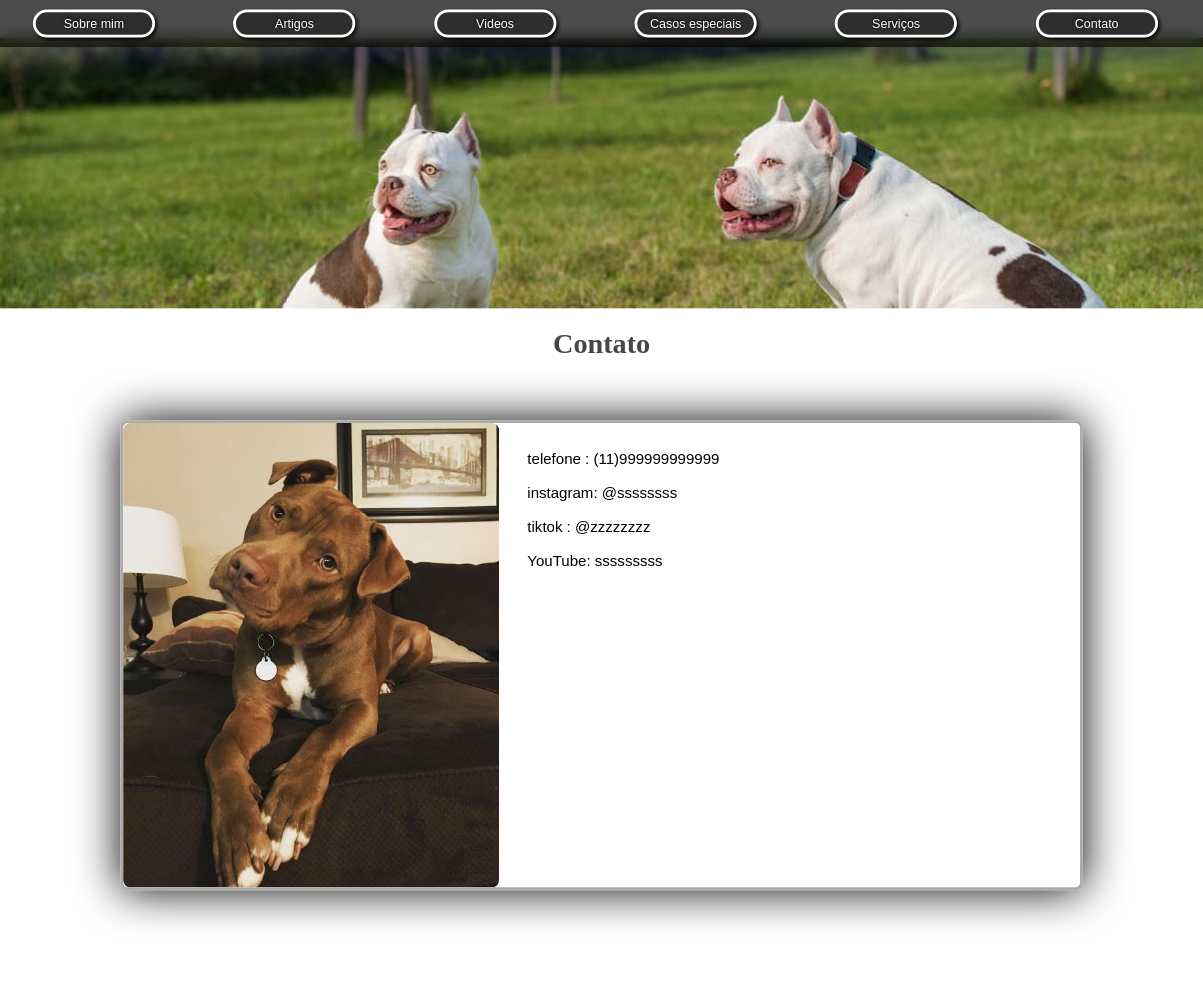
Repository: KevynMarques/Blog-React-StyledComponent
Page: /, after clicking the first element matching `button.sc-iGgWBj`
The author's editor kept a copy of each file at every save. The page is drawn from the files as they stood at one save, then again after a run of saves.
The browser window is 1280 px wide. The pictures show the whole page, at 94% of full size.
The project was rebuilt for these pictures with package versions that can differ from the ones it lists, and the page was loaded fresh each time. Also part of the build but not shown: src/Components/Artigos/index.jsx, src/Components/Clientes/index.jsx, src/Components/Serviços/index.jsx, src/Components/View/index.jsx.

Above is the page before, as saved 2022-02-21 19:27:57.

### public/index.html
<!DOCTYPE html>
<html lang="pt-BR">
  <head>
    <meta charset="utf-8" />
    <link rel="icon" href="%PUBLIC_URL%/favicon.ico" />
    <meta name="viewport" content="width=device-width, initial-scale=1" />
    <meta name="theme-color" content="#000000" />
    <meta
      name="description"
      content="Web site created using create-react-app"
    />
    <link rel="apple-touch-icon" href="%PUBLIC_URL%/logo192.png" />
    <!--
      manifest.json provides metadata used when your web app is installed on a
      user's mobile device or desktop. See https://developers.google.com/web/fundamentals/web-app-manifest/
    -->
    <!--
      Notice the use of %PUBLIC_URL% in the tags above.
      It will be replaced with the URL of the `public` folder during the build.
      Only files inside the `public` folder can be referenced from the HTML.

      Unlike "/favicon.ico" or "favicon.ico", "%PUBLIC_URL%/favicon.ico" will
      work correctly both with client-side routing and a non-root public URL.
      Learn how to configure a non-root public URL by running `npm run build`.
    -->
    <title>Adestramento DK</title>
  </head>
  <body>
    <noscript>You need to enable JavaScript to run this app.</noscript>
    <div id="root"></div>
    <!--
      This HTML file is a template.
      If you open it directly in the browser, you will see an empty page.

      You can add webfonts, meta tags, or analytics to this file.
      The build step will place the bundled scripts into the <body> tag.

      To begin the development, run `npm start` or `yarn start`.
      To create a production bundle, use `npm run build` or `yarn build`.
    -->
  </body>
</html>

### src/App.jsx
import Home from './Pages/Home';
import Sobre from './Components/Sobre/index';
import { useState, useEffect } from 'react';
import { GlobalStyle } from './GlobalStyle';
import Geral from './Components/Geral/index';


function App() {

  const [geral, setGeral]=useState(<Sobre />);

  return (
    <>
    <Home setGeral={setGeral} geral={geral}  />
    <Geral geral={geral} />
    <GlobalStyle/>
   </>
  );
}

export default App;

### src/Pages/Home/index.jsx
import React, {useState} from "react"
import {  Home, Videos, Comportamental, Serviços, Diversos, Contato } from "../../Components/Buttons/Style"
import Sobre from '../../Components/Sobre/index'
import Comport  from '../../Components/Artigos/index'
import Clientes from '../../Components/Clientes/index'
import Serv from "../../Components/Serviços"
import Cont from '../../Components/Contato/index'
import View from "../../Components/View"
import { ContainerHeader } from "../../Components/Containers/style"




export default (props) => {

  const [ativo, setAtivo] = useState(false)
  const [ativoVideos, setAtivoVideos] = useState(true)
  const [ativoComp, setComp] = useState(true)
  const [Casos, setCasos] = useState(true)
  const [serviços, setServiços] = useState(true)
  const [contato, setContato] = useState(true)


  return (
   <>
    <ContainerHeader>

       <Home
         setAtivo={setAtivo}
         ativo={ativo}
         onClick={()=>(props.setGeral(<Sobre />),
         setAtivo(false),
         setAtivoVideos(true),
         setComp(true),
         setCasos(true),
         setServiços(true)
         )}>
         <p>Sobre mim</p>
      </Home>


       <Comportamental
          onClick={() =>(props.setGeral(<Comport />),
          setAtivo(true),
          setAtivoVideos(true),
          setComp(false),
          setCasos(true),
          setServiços(true))}

          setComp={setComp}
          ativoComp={ativoComp}>

         <p>Artigos</p>
       </Comportamental>

       <Videos
        ativoEquip={ativoVideos}
        setAtivoVideos={setAtivoVideos}
        onClick={()=>(props.setGeral(<View />),
        setAtivo(true),
        setAtivoVideos(false),
        setComp(true),
        setCasos(true),
        setServiços(true)
        )}>
        <p>Videos</p>
       </Videos>

       <Diversos
          onClick={() =>(props.setGeral(<Clientes />),
          setAtivo(true),
          setAtivoVideos(true),
          setComp(true),
          setCasos(false),
          setServiços(true))}
          setCasos={setCasos}
          Casos={Casos}>
         <p>Casos especiais</p>
       </Diversos>


       <Serviços onClick={() =>(props.setGeral(<Serv />),
        setAtivo(true),
        setAtivoVideos(true),
        setComp(true),
        setCasos(true),
        setServiços(false))}
        setServiços={setServiços}
        serviços={serviços}>
         <p>Serviços</p>
       </Serviços>

       <Contato onClick={() =>(props.setGeral(<Cont />),
        setAtivo(true),
        setAtivoVideos(true),
        setComp(true),
        setCasos(true),
        setServiços(true),
        setContato(false)
       )}
          setContato={setContato}
          contato={contato}>
         <p>Contato</p>
      </Contato>

    </ContainerHeader>
    </>
  );
}

### src/Components/Sobre/index.jsx
import Foto from '../Image/foto.png'
import LV from '../Image/LV.jpg';
import Dog from '../Image/Dog.png'
import { Tittle } from "../Textos&Titles/style";
import { ContainerBaner, ContainerBox, ContainerIMG } from "../Containers/style";
import { Info } from "../Textos&Titles/style";
import { SubTitle } from '../Textos&Titles/style';
import { TitleInfo } from '../Textos&Titles/style';


export default () => {
  return (
<>
     <ContainerBaner>
      <img src={Dog} />
     </ContainerBaner>

   <Tittle>
          Adestramento DK
  </Tittle>


  <ContainerBox>
       <ContainerIMG>
        <img src={Foto} />
       </ContainerIMG>
       <Info>
       <TitleInfo>Quem sou eu</TitleInfo>
       meu nome é Kevyn Marques sempre fui um apaixonado por cães, no ano de 2017 tive o prazer
       de fazer parte do 2BPE  onde pude ter  meu primeiro contato com cães de trabalho tanto de faro como de guarda, encantando com aqueles animais comecei a pesquisar e estudar sobre comportamento canino  e desde la eu nunca mais parei, ao longo da minha jornada como adestrador fiz inumeros cursos com pessoas que estão na aréa do adestramento a anos, tanto no esporte canino como no treinamento pet podendo ter uma visão ampla e diversificade de cada caso que passa pelas minhas mãos, tenho um orgulho enorme dos meus resultados, acredito que todos com a orientação adequada podem ter uma vida em harmonia com seus cães independente do tamanho do problema ele sempre tera solução.
       </Info>
       </ContainerBox>

  <SubTitle>  Viper e Logan !
  </SubTitle>


    <ContainerBox>
       <ContainerIMG>
        <img src={LV} />
       </ContainerIMG>
       <Info>
       <TitleInfo>Nosso dia a dia</TitleInfo>
       Apesar de ter tido cães a vida toda o meu primeiro cão de trabalho foi o Logan, meu pastor Belga Malinois que se encontra ao lado direito da foto, com o Logan vieram inumeros desafios afinal é uma raça dificil de lidar, temperamento forte muita disposição e um drive de caça altissimo, porem com a tecnica é o conhecimento adequado o Logan se tornou a melhor companhia que ja tive na vida, ja o Mali mais escuro na foto é o Viper, minha paixão por Malinois so aumenta e com isso veio mais um para familia, o pequeno Viper é bem diferente do Logan, um cão mais calmo e de um temperamento extremamente equilibrado por enquanto ainda não sei se irei treina-lo para guarda e proteção como o Logan, porem uma coisa é certa, eles fazem uma dupla e tanto !! Irei postar videos rotineiros dos treinos de ambos e espero que vocês acompanhem !
       </Info>
   </ContainerBox>
</>

  );
}

### src/GlobalStyle.jsx
import { createGlobalStyle } from 'styled-components';

 export const GlobalStyle = createGlobalStyle`
  * {
    margin: 0;
    padding: 0;
    box-sizing: border-box;

  }
`;

### src/Components/Geral/index.jsx
import React from "react"

export default (props) => {

  return (

    <>
    {props.geral}
    </>

  );

}

### src/Components/Buttons/Style.jsx
import styled from "styled-components";


export const Home = styled.button `
background:${props => props.ativo ? '#2e2e2e' : '#000000'};
font-family: Arial, Helvetica, sans-serif;
font-style:normal;
color:#ffffff;
border:3px solid #ffffff;
text-shadow:0px -1px 3px #000000;
box-shadow:2px 2px 5px #000000;
box-shadow:2px 2px 5px #000000;
box-shadow:2px 2px 5px #000000;
border-radius:25px 25px 25px 25px;
border-radius:25px 25px 25px 25px;
border-radius:25px 25px 25px 25px;
width:130px;
height: 30px;

&:hover {
  background-color: black;
}

cursor:pointer;
margin:0 auto;
margin-left: 35px;

&:active {
  transform: scale(0.9);
}

`;


export const Videos = styled(Home) `

background:${props => props.ativoEquip ? '#2e2e2e' : '#000000'};

`;

export const Comportamental = styled(Home) `

background:${props => props.ativoComp ? '#2e2e2e' : '#000000'};

`;


export const Diversos = styled(Home) `

background:${props => props.Casos? '#2e2e2e' : '#000000'};

`;


export const Serviços = styled(Home) `

background:${props => props.serviços? '#2e2e2e' : '#000000'};

`;

export const Contato = styled(Home) `

background:#2e2e2e;

`;

### src/Components/Contato/index.jsx

import  Apbt from '../Image/apbt.jpg';
import Original from '../Image/Original.jpg'
import { SubTitle, Info } from "../Textos&Titles/style";
import { ContainerIMG, ContainerBox, ContainerBaner } from "../Containers/style";
import { Grif } from '../Textos&Titles/style';




export default () => {
  return (
    <>
    <ContainerBaner>
    <img src={Apbt} />
    </ContainerBaner>

    <SubTitle>
      Contato
    </SubTitle>

      <ContainerBox>
       <ContainerIMG>
       <img src={Original} />
       </ContainerIMG>
       <Info>
       telefone : (11)999999999999
       <br></br><br></br>
       instagram: @ssssssss
       <br></br><br></br>
       tiktok : @zzzzzzzz

       <br></br><br></br>
        YouTube:  sssssssss
        </Info>
       </ContainerBox>
    </>
  );
}

### src/Components/Containers/style.jsx
import  styled  from "styled-components";



export const  ContainerHeader  = styled.div `
     width: 100vw;
     height: 50px;
     margin: 0;
     position: fixed;
     z-index: 99999;
     background: rgba( 0, 0, 0, 0.7 );
     box-shadow: 0 8px 32px 0 rgba( 31, 38, 135, 0.37 );
     backdrop-filter: blur( 7.5px );
     -webkit-backdrop-filter: blur( 7.5px );
     color:white;
     display: flex;
     align-items: center;
     justify-content: center;
`;



export const ContainerBaner= styled.div `
  width: 100%;
  height: 40vh;


    img {
    width: 100%;
    height: 100%;
    object-fit: cover;
    margin-top: 40px;

    }
`;


export const  ContainerBox = styled.section `
  height: 500px;
  border: solid 3px #aaaaaa;
  width: 80vw;
  margin: 100px  10%;
  border-radius: 8px;
  box-shadow: 0 0 3em Black;
  display: flex;
  `;


export const ContainerIMG = styled.div `

    min-width:400px;
    height:494px;

  img {
    object-fit: cover;
    width: 100%;
    height: 100%;
    border-radius: 8px;
  }

`;

### src/Components/Textos&Titles/style.jsx
import styled from 'styled-components'



export const Tittle = styled.h1`
@import url('https://fonts.googleapis.com/css2?family=Bangers&display=swap');
color: #312f2f;
font-size: 60px;
font-family: 'Bangers', cursive;
text-align: center;
height: 40px;
margin-top: 45px;
`;


export const Info = styled.p`
 margin: 30px;
 font-family: Arial, Helvetica, sans-serif;
`;


export const SubTitle = styled.h2 `
 text-align: center;
 font-size: 30px;
 margin-top: 60px;
 font-family: Arial, Helvetica, sans-serif;
 color: #464646;
 margin-bottom: -35px;
 font-family: 'Bangers', cursive;
`;


export const TitleInfo = styled.div `
 text-align: center;
 font-size: 30px;
 font-family: Arial, Helvetica, sans-serif;
 color: #464646;
 font-family: 'Bangers', cursive;
 margin-bottom: 15px;
`;


export const Grif =  styled.p`
 text-align: center;
 font-size:  16px;
 font-family: Arial, Helvetica, sans-serif;
 color: #464646;
 margin-bottom: -35px;
 font-family: 'Bangers', cursive;
`;

Loaded but not shown: src/index.js (common file)

After the next 2 saves:
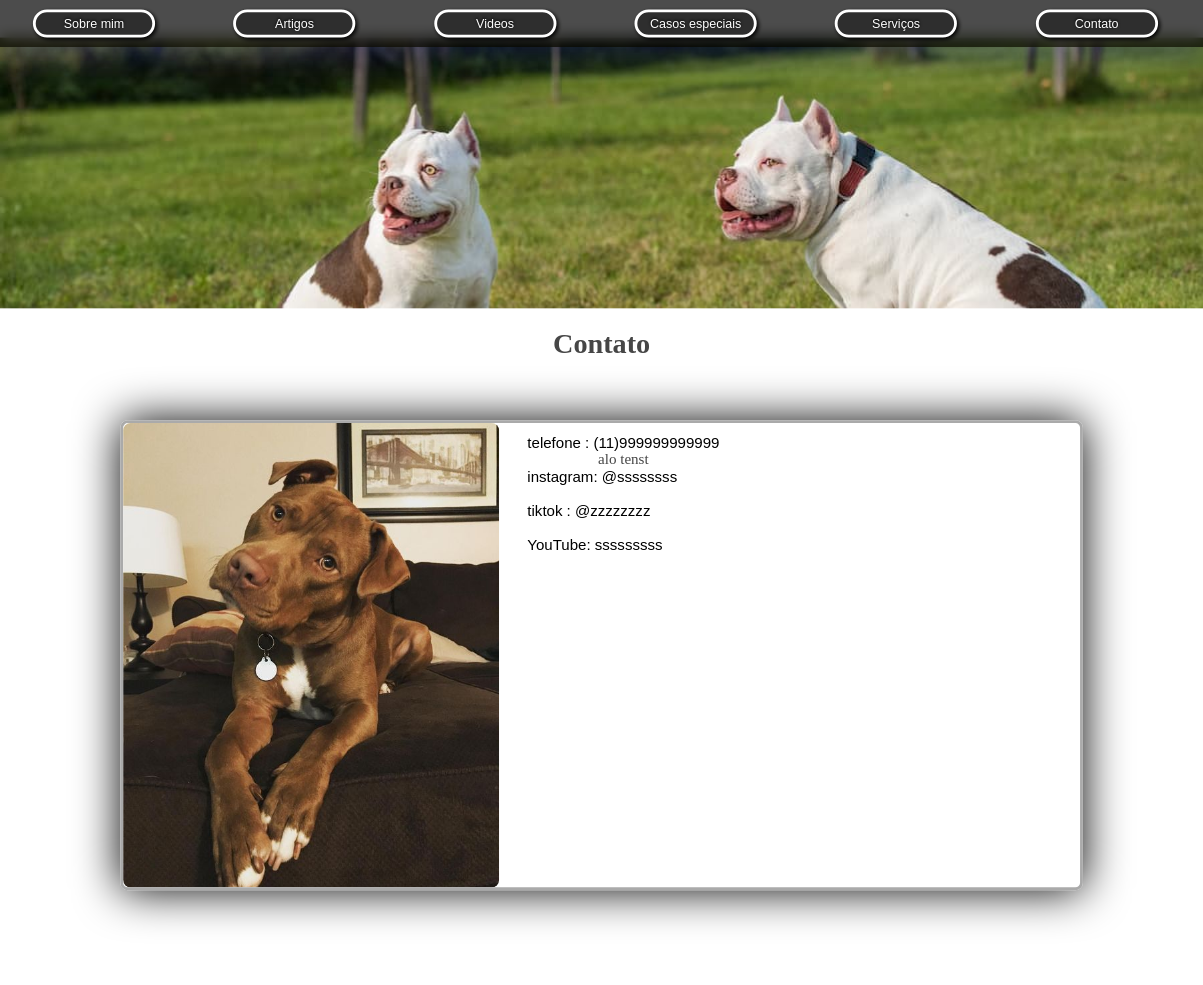
The 2 saves are shown as one change because they came seconds apart.
The last was saved 9 s later.
--- a/src/Components/Contato/index.jsx
+++ b/src/Components/Contato/index.jsx
@@ -24,6 +24,7 @@ export default () => {
        <img src={Original} />
        </ContainerIMG>
        <Info>
+         <Grif> alo tenst</Grif>
        telefone : (11)999999999999
        <br></br><br></br>
        instagram: @ssssssss
